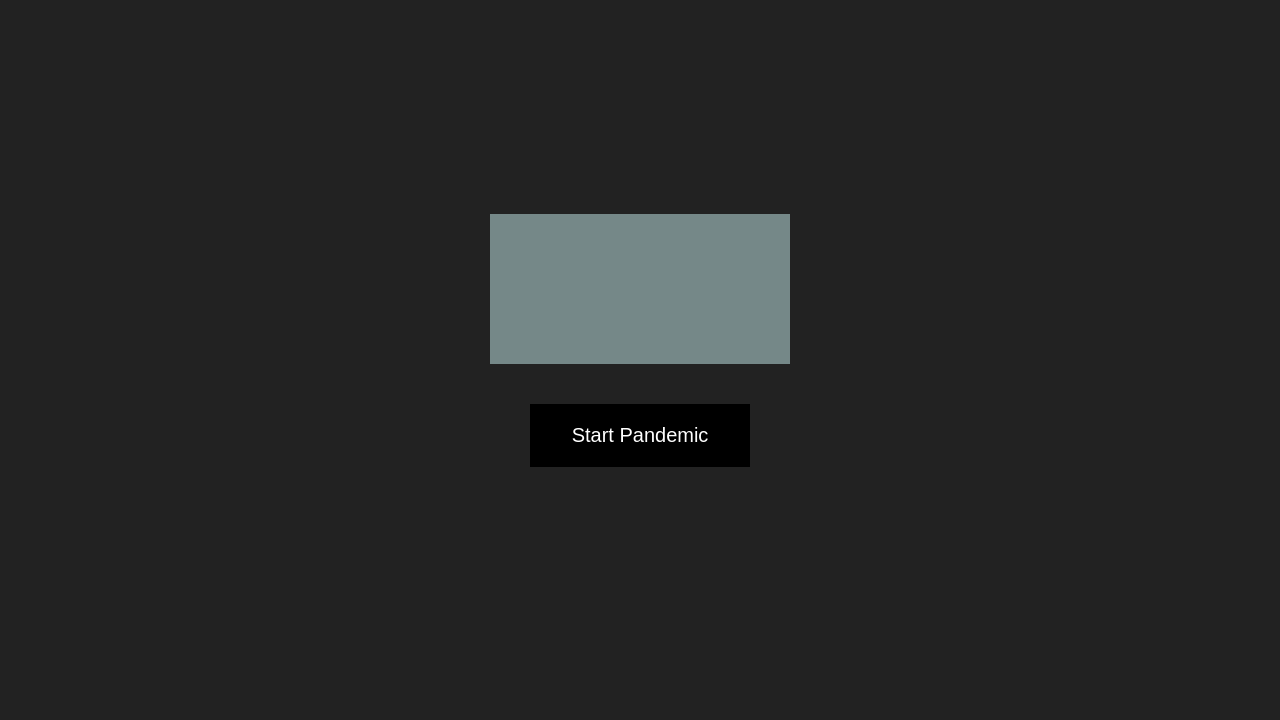
Repository: mindfoo/project-game
Page: index.html
The author's editor kept a copy of each file at every save. The page is drawn from the files as they stood at one save, then again after a run of saves.
The browser window is 1280 px wide. The pictures show the whole page.
After loading, the first visible `#start-button` was clicked once.

Above is the page before, as saved 2020-03-25 21:49:15.

After the next 2 saves:
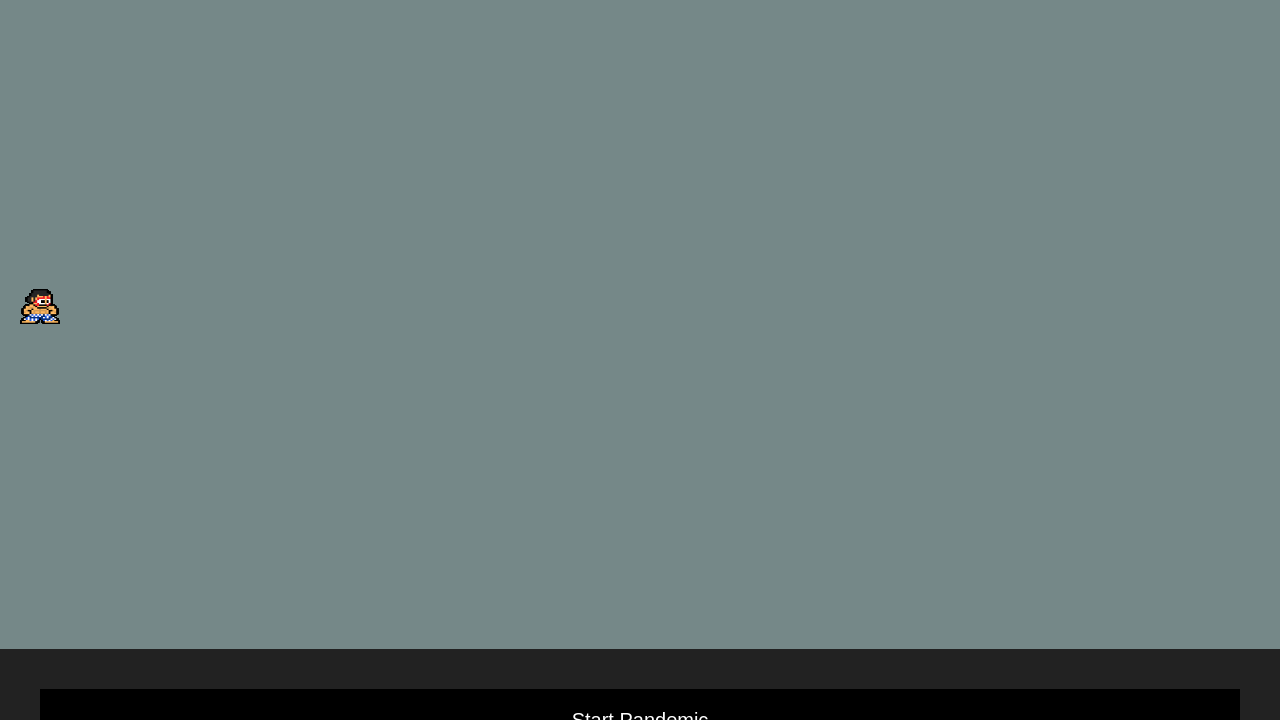
The 2 saves are shown as one change because they came seconds apart.
The last was saved 15 s later.
--- a/js/script.js
+++ b/js/script.js
@@ -5,6 +5,7 @@
   document.getElementById("start-button").onclick = function() {
     event.preventDefault();
     game.start();
+    game.resizeCanvas();
   };
 
 
